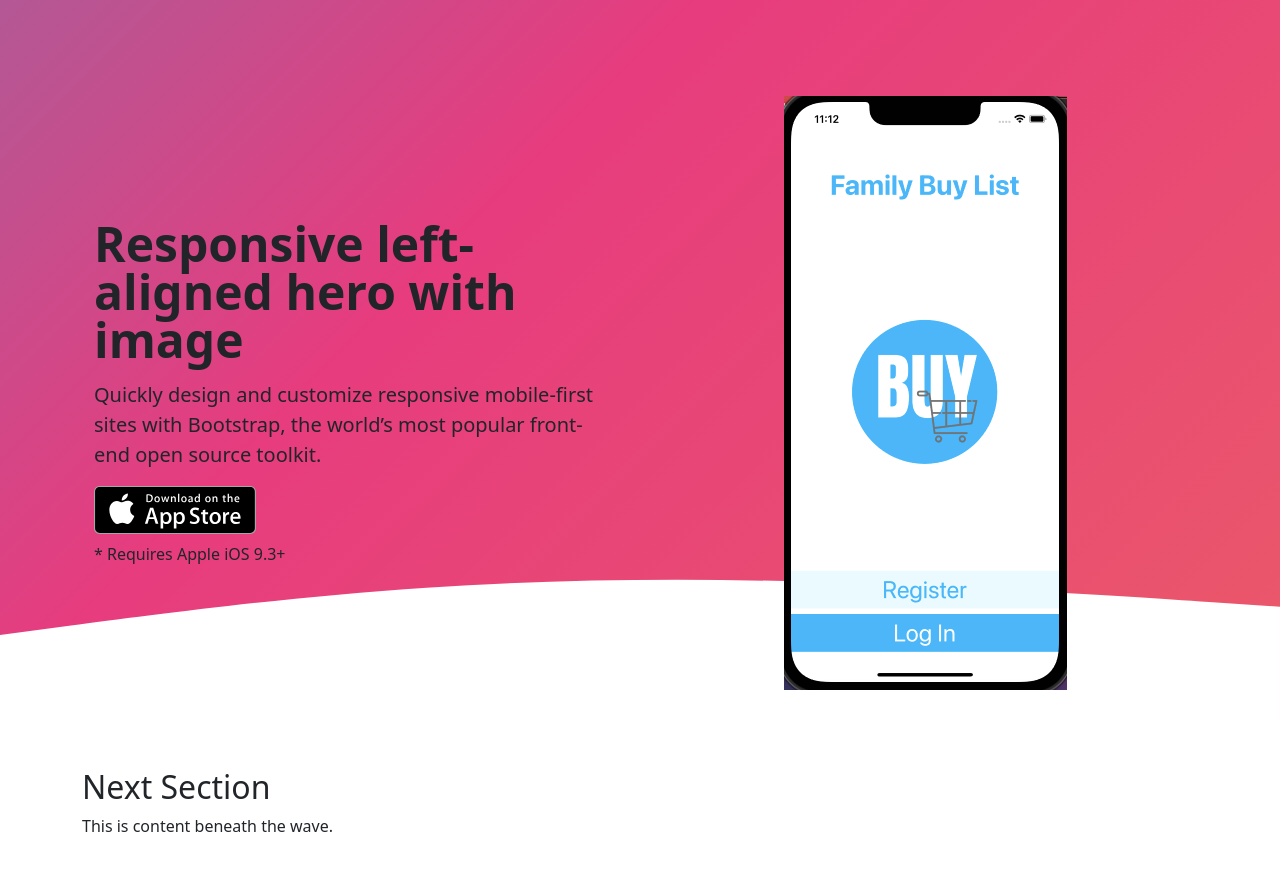
Repository: lyutok/iOS
Page: Billequal_landpage/index.html
The author's editor kept a copy of each file at every save. The page is drawn from the files as they stood at one save, then again after the next save.
The browser window is 1280 px wide. The pictures show the whole page.

Above is the page before, as saved 2025-10-16 15:21:27.

### Billequal_landpage/index.html
<!DOCTYPE html>
<html lang="en">
<head>
  <meta charset="UTF-8">
  <meta name="viewport" content="width=device-width, initial-scale=1.0">
  <title>Billequal</title>
  <link href="https://cdn.jsdelivr.net/npm/bootstrap@5.2.3/dist/css/bootstrap.min.css" rel="stylesheet" integrity="sha384-rbsA2VBKQhggwzxH7pPCaAqO46MgnOM80zW1RWuH61DGLwZJEdK2Kadq2F9CUG65" crossorigin="anonymous">
  <link rel="stylesheet" href="./css/style.css">
</head>
<body>
  <section id="main" class="gradient-background position-relative overflow-hidden">
  <div class="container col-xxl-8 px-4 py-5 position-relative" style="z-index: 2;">
    <div class="row flex-lg-row-reverse align-items-center g-5 py-5">
      <div class="col-10 col-sm-8 col-lg-6">
        <img src="./images/BuyList2.png"
             class="d-block mx-lg-auto img-fluid hero-image"
             alt="billequal screenshot"
             height="200"
             loading="lazy">
      </div>
      <div class="col-lg-6">
        <h1 class="display-5 fw-bold lh-1 mb-3">
          Responsive left-aligned hero with image
        </h1>
        <p class="lead">
          Quickly design and customize responsive mobile-first sites with Bootstrap, the world’s most popular front-end open source toolkit.
        </p>
        <div class="mb-5 mb-lg-0">
          <a class="me-3" href="#!">
            <img src="./images/app-store-badge.svg" style="height: 3rem">
          </a>
          <div class="page-header-ui-text mt-2 text-xs font-italic">
            * Requires Apple iOS 9.3+
          </div>
        </div>
      </div>
    </div>
  </div>

  <!-- 🌊 Wave divider -->
  <div class="wave-divider position-absolute bottom-0 start-0 w-100" style="z-index: 1;">
    <svg viewBox="0 0 1440 320" xmlns="http://www.w3.org/2000/svg">
      <path fill="#ffffff" fill-opacity="1"
        d="M0,224L80,213.3C160,203,320,181,480,170.7C640,160,800,160,960,165.3C1120,171,1280,181,1360,186.7L1440,192L1440,320L1360,320C1280,320,1120,320,960,320C800,320,640,320,480,320C320,320,160,320,80,320L0,320Z">
      </path>
    </svg>
  </div>
</section>

<section class="container my-5">
  <h2>Next Section</h2>
  <p>This is content beneath the wave.</p>
</section>


</body>
</html>

### Billequal_landpage/css/style.css
.gradient-background {
	background: linear-gradient(-45deg, #ee7752, #e73c7e, #23a6d5, #23d5ab);
	background-size: 400% 400%;
	animation: gradient 15s ease infinite;
	height: 100vh;
}

@keyframes gradient {
	0% {
		background-position: 0% 50%;
	}
	50% {
		background-position: 100% 50%;
	}
	100% {
		background-position: 0% 50%;
	}
}


.hero-section {
  position: relative;
  z-index: 3;
  background: linear-gradient(135deg, #6a11cb, #2575fc); /* your gradient */
  color: white;
  padding: 100px 20px;
  overflow: hidden;
}

.wave-divider {
  position: absolute;
  bottom: 0;
  left: 0;
  width: 100%;
  line-height: 0;  /* remove extra space below SVG */
}

.wave-divider svg {
  display: block;
  width: 100%;
  height: auto;
}

After the next save:
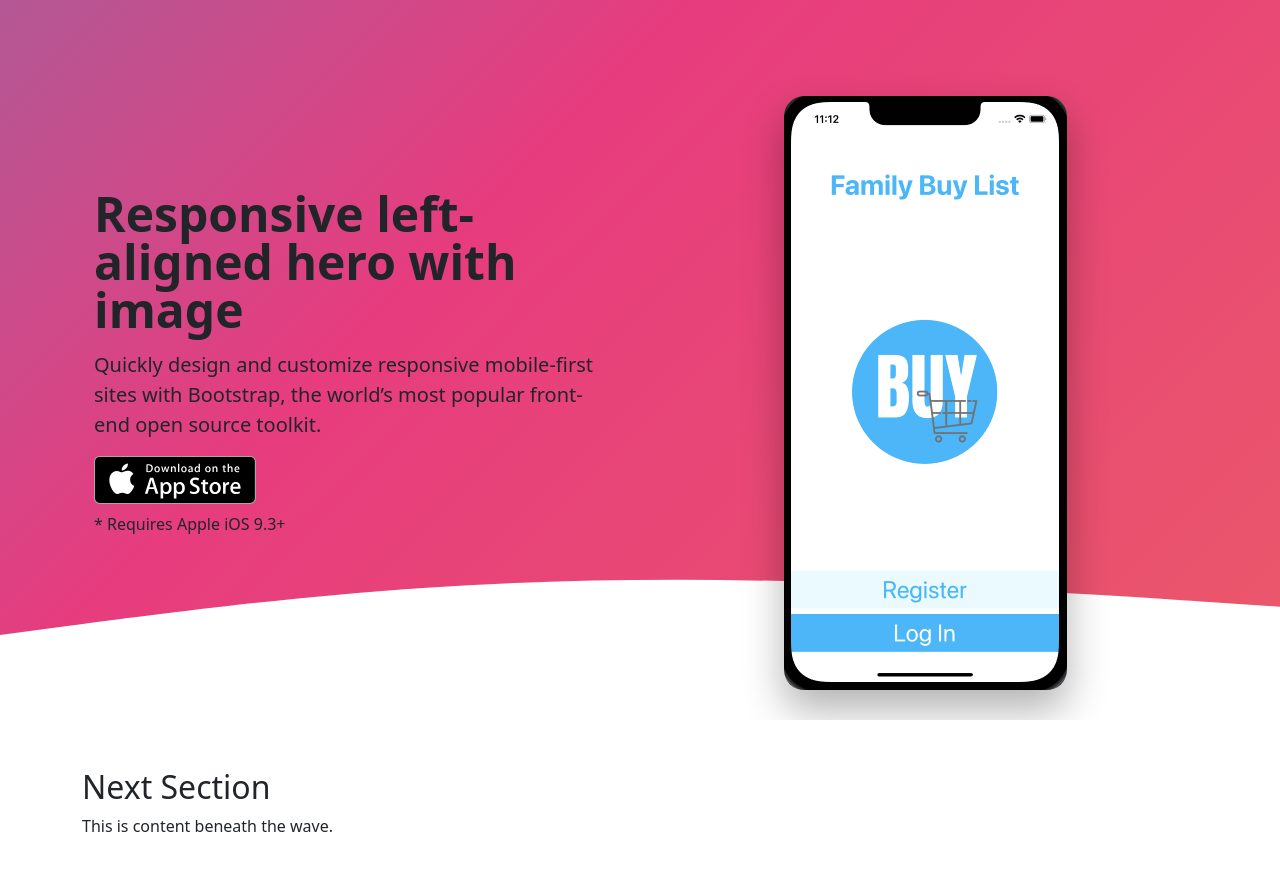
Saved 33 s later.
--- a/Billequal_landpage/css/style.css
+++ b/Billequal_landpage/css/style.css
@@ -17,26 +17,23 @@
 	}
 }
 
-
-.hero-section {
-  position: relative;
-  z-index: 3;
-  background: linear-gradient(135deg, #6a11cb, #2575fc); /* your gradient */
-  color: white;
-  padding: 100px 20px;
-  overflow: hidden;
-}
-
-.wave-divider {
-  position: absolute;
-  bottom: 0;
-  left: 0;
-  width: 100%;
-  line-height: 0;  /* remove extra space below SVG */
-}
-
+/* Keep SVG under the content */
 .wave-divider svg {
   display: block;
   width: 100%;
   height: auto;
 }
+
+/* Float the hero image slightly above the wave */
+.hero-image {
+  position: relative;
+  z-index: 3; /* 👈 This ensures it stays above the SVG */
+  margin-bottom: -60px; /* Moves it down toward the wave visually */
+  box-shadow: 0 20px 40px rgba(0, 0, 0, 0.3);
+  border-radius: 20px;
+}
+.wave-divider svg {
+  display: block;
+  width: 100%;
+  height: auto;
+}
